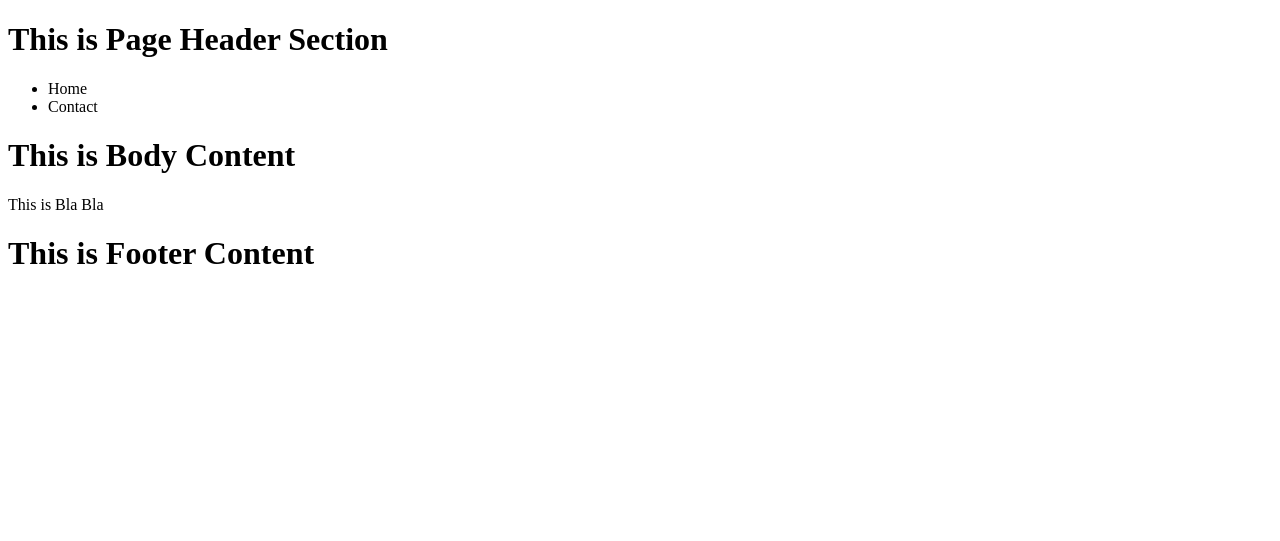
Repository: ZawMinKhantOrLeon/JavaEEWS
Page: http://localhost/jsp_servlet/home-page.jsp
The author's editor kept a copy of each file at every save. The page is drawn from the files as they stood at one save, then again after the next save.
The browser window is 1280 px wide. The pictures show the whole page.
The page is served by Tomcat 10. Other server files are loaded and not shown.

Above is the page before, as saved 2024-02-15 04:24:37.

### jsp_servlet/src/main/webapp/home-page.jsp
<%@ page language="java" contentType="text/html; charset=ISO-8859-1"
    pageEncoding="ISO-8859-1"%>
<!DOCTYPE html>
<html>
<head>
<meta charset="ISO-8859-1">
<title>Home Page</title>
</head>
<body>
 <!-- Header -->
  <h1> This is Page Header Section </h1>
  <ul>
  	 <li> Home </li>
  	 <li> Contact </li>
  </ul>
  <!-- Content -->
  <h1>This is Body Content</h1>
  <p> This is Bla Bla </p>
  <!-- Footer -->
  <h1> This is Footer Content </h1>
</body>
</html>

After the next save:
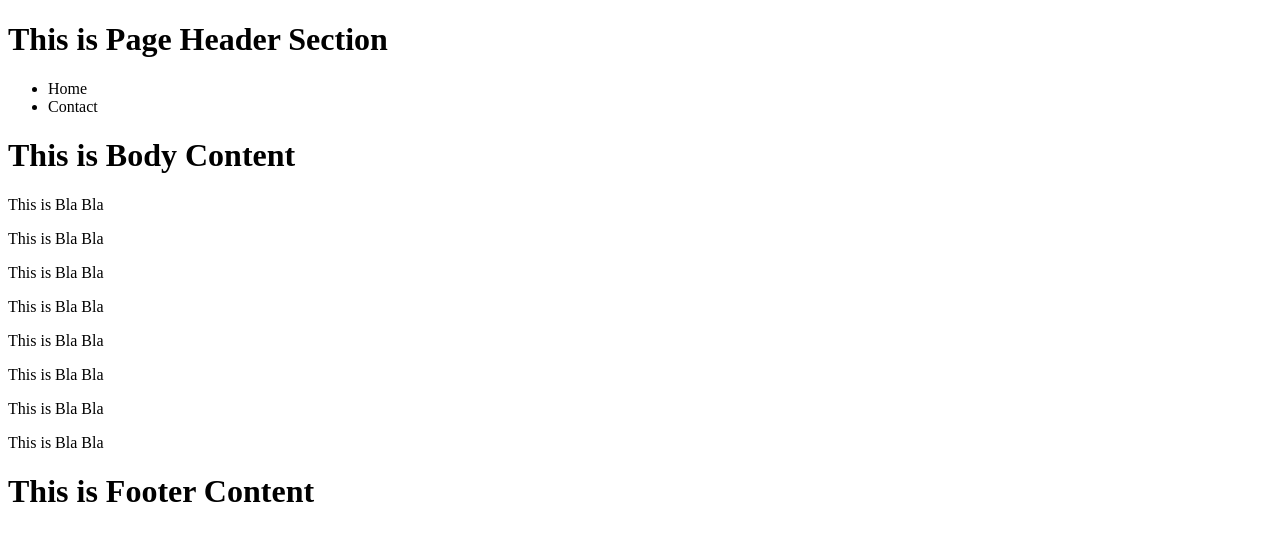
Saved 26 s later.
--- a/jsp_servlet/src/main/webapp/home-page.jsp
+++ b/jsp_servlet/src/main/webapp/home-page.jsp
@@ -15,7 +15,15 @@
   </ul>
   <!-- Content -->
   <h1>This is Body Content</h1>
-  <p> This is Bla Bla </p>
+   <p> This is Bla Bla </p>
+   <p> This is Bla Bla </p>
+   <p> This is Bla Bla </p>
+   <p> This is Bla Bla </p>
+   <p> This is Bla Bla </p>
+   <p> This is Bla Bla </p>
+   <p> This is Bla Bla </p>
+   <p> This is Bla Bla </p>
+
   <!-- Footer -->
   <h1> This is Footer Content </h1>
 </body>
